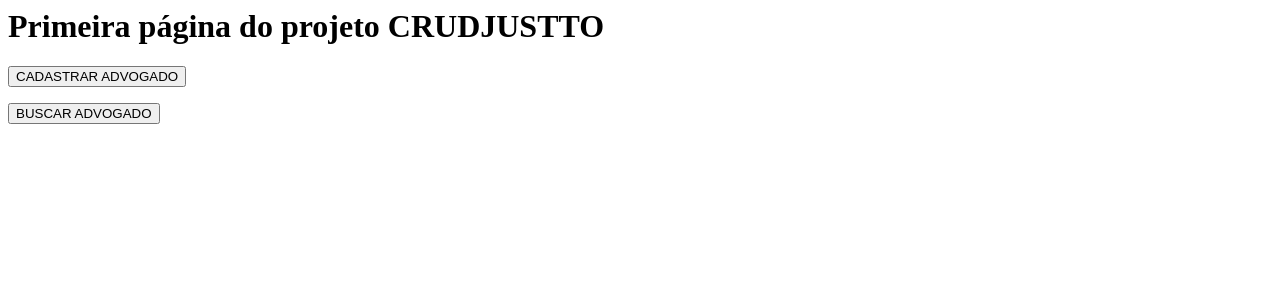
Repository: Natan16/CRUDJUSTTO
Page: CRUDJUSTTOWEB/WebContent/index.html
These files come from the project's save history. The page is drawn as it stood at one moment and after the next save; the edit follows.
The browser window is 1280 px wide. The pictures show the whole page.

Above is the page before, as saved 2019-08-31 23:00:07.

After the next save:
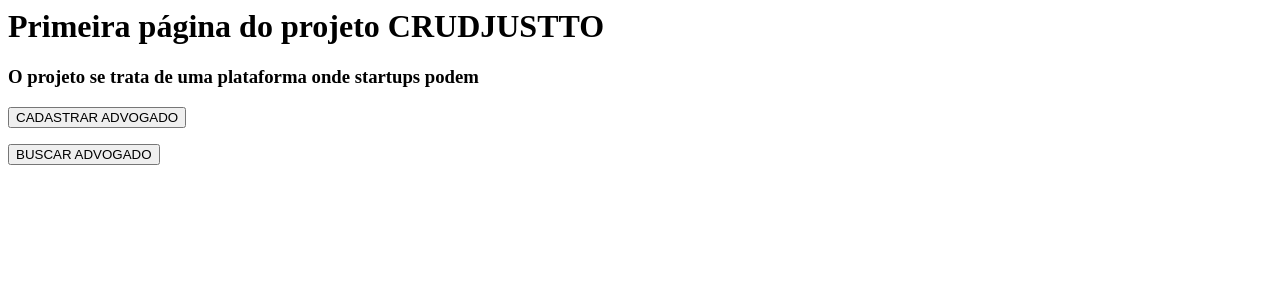
Saved 115 s later.
--- a/CRUDJUSTTOWEB/WebContent/index.html
+++ b/CRUDJUSTTOWEB/WebContent/index.html
@@ -4,7 +4,7 @@
 	</head>
 	<body>
 		<h1>Primeira página do projeto CRUDJUSTTO</h1>
-
+		<h3>O projeto se trata de uma plataforma onde startups podem </h3>
 		<form action="adiciona-advogado.jsp" method="post">
 			<input type="submit" value="CADASTRAR ADVOGADO" >
 		</form>
